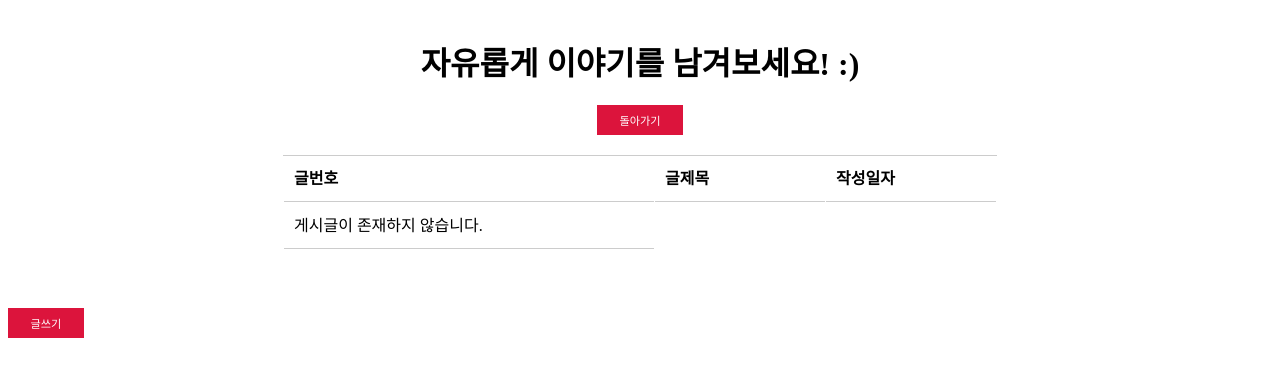
Repository: minkyung0421/NMT_Project
Page: http://localhost/MyPage_Project/list.jsp
The author's editor kept a copy of each file at every save. The page is drawn from the files as they stood at one save, then again after the next save.
The browser window is 1280 px wide. The pictures show the whole page.
The page is served by Tomcat 9. Queries for data that is not in the repository find no rows.

Above is the page before, as saved 2018-08-30 23:14:54.

After the next save:
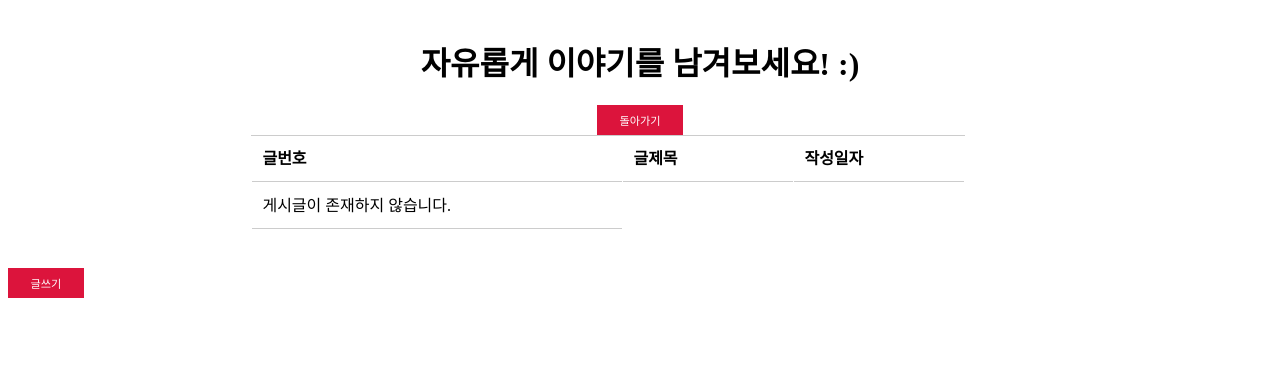
Saved 16 s later.
--- a/NMT_Project/MyPage_Project/WebContent/list.jsp
+++ b/NMT_Project/MyPage_Project/WebContent/list.jsp
@@ -14,7 +14,7 @@
     text-align: left;
     line-height: 1.5;
     border-top: 1px solid #ccc;
-  	margin : 20px 10px;
+  	margin-right: 5%;
 
 }
 table.type04 th {
